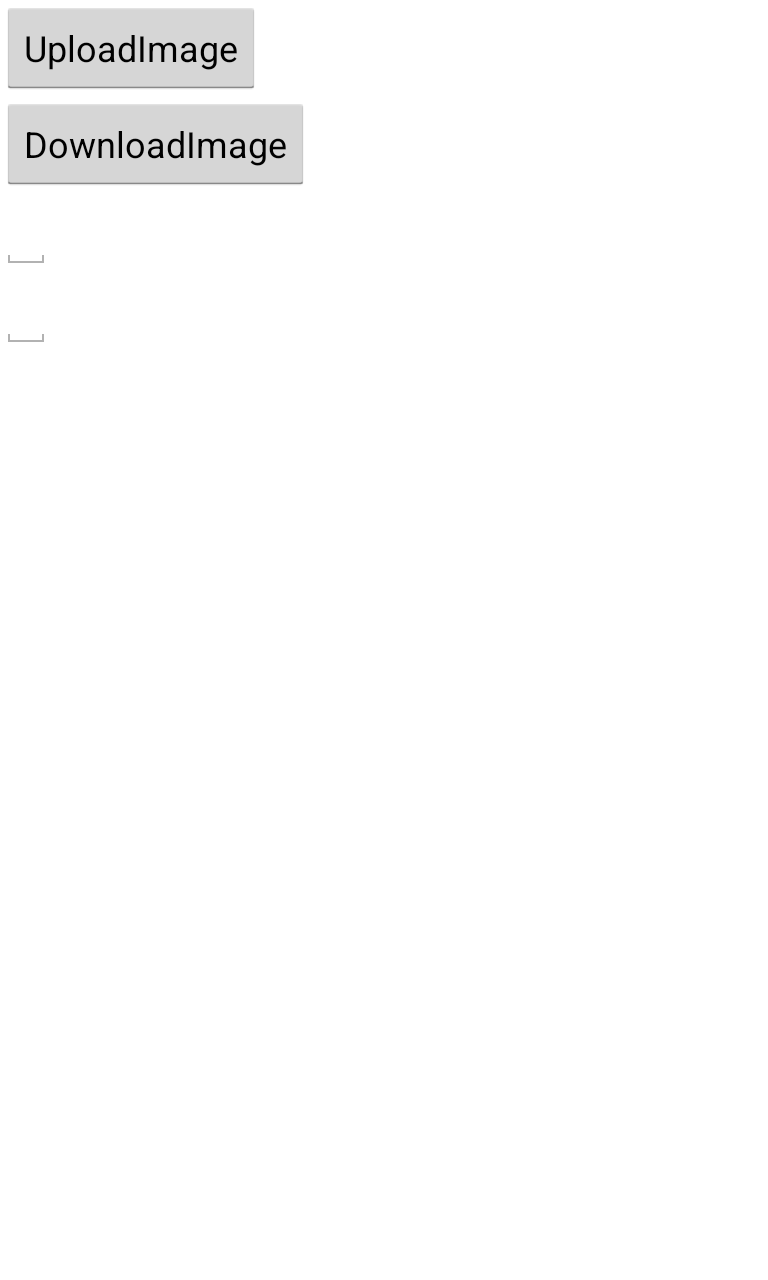
Repository: HSUmod/nanumi
Layout: Nanumi/ImageSendTest/res/layout/activity_main.xml
The author's editor kept a copy of each file at every save. The layout is drawn from the files as they stood at one save, then again after the next save.
It is drawn on a 768 x 1280 px phone screen (xhdpi) without system bars, with theme AppTheme; the app's code is not run.

Above is the layout before, as saved 2015-11-17 07:01:49.

### Nanumi/ImageSendTest/res/layout/activity_main.xml
<LinearLayout xmlns:android="http://schemas.android.com/apk/res/android"
    xmlns:tools="http://schemas.android.com/tools"
    android:layout_width="match_parent"
    android:layout_height="match_parent"
    android:orientation="vertical"
    tools:context="com.example.imagesendtest.MainActivity" >

    <ImageView
        android:id="@+id/imageToUpload"
        android:layout_width="wrap_content"
        android:layout_height="wrap_content" />

    <ImageView
        android:id="@+id/downloadedImage"
        android:layout_width="wrap_content"
        android:layout_height="wrap_content" />

    <Button
        android:id="@+id/bUploadImage"
        android:layout_width="wrap_content"
        android:layout_height="wrap_content"
        android:text="UploadImage" />

    <Button
        android:id="@+id/bDownloadImage"
        android:layout_width="wrap_content"
        android:layout_height="wrap_content"
        android:text="DownloadImage" />

    <EditText
        android:id="@+id/uploadImageName"
        android:layout_width="wrap_content"
        android:layout_height="wrap_content" />

    <EditText
        android:id="@+id/downloadImageName"
        android:layout_width="wrap_content"
        android:layout_height="wrap_content" />

</LinearLayout>

Loaded but not shown: Nanumi/ImageSendTest/res/values/styles.xml (common file); Nanumi/ImageSendTest/res/values-v11/styles.xml (common file); Nanumi/ImageSendTest/res/values-v14/styles.xml (common file)

After the next save:
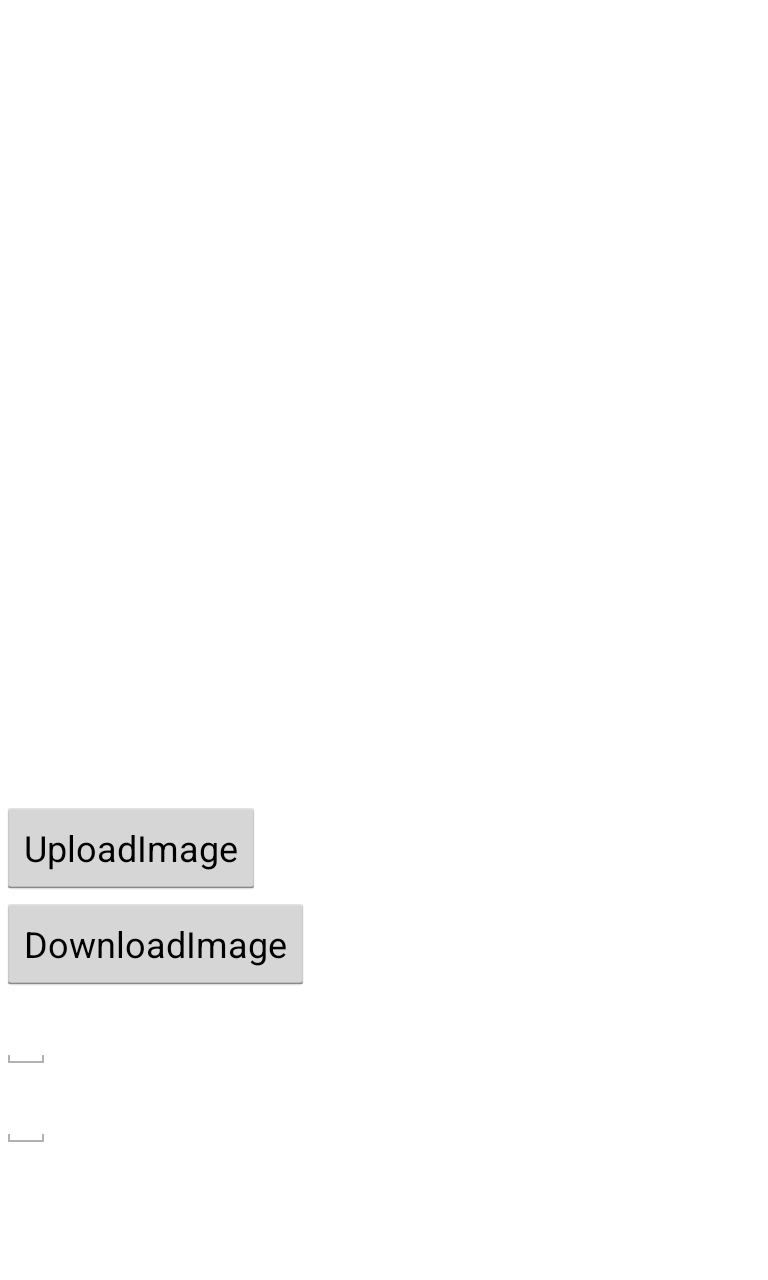
Saved 51 s later.
--- a/Nanumi/ImageSendTest/res/layout/activity_main.xml
+++ b/Nanumi/ImageSendTest/res/layout/activity_main.xml
@@ -7,8 +7,8 @@
 
     <ImageView
         android:id="@+id/imageToUpload"
-        android:layout_width="wrap_content"
-        android:layout_height="wrap_content" />
+        android:layout_width="400dp"
+        android:layout_height="400dp" />
 
     <ImageView
         android:id="@+id/downloadedImage"
